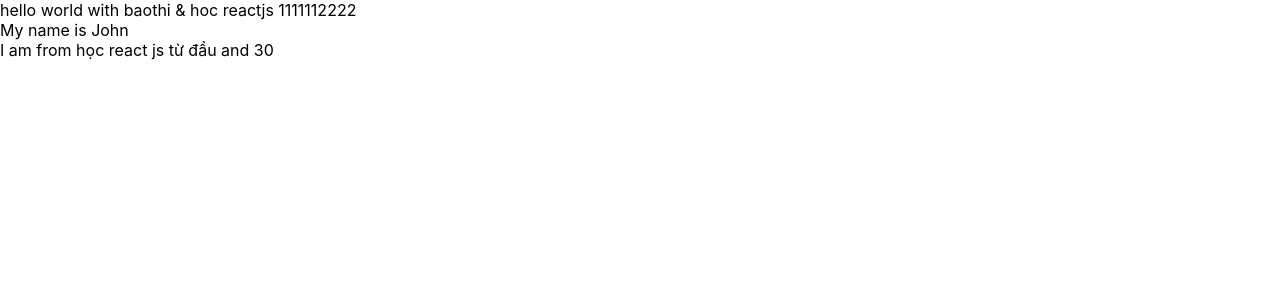
Repository: baothi/base-reactjs
Page: /
An editor plug-in stored every save of this project. The page is shown before and after the next save, followed by the edit.
The browser window is 1280 px wide. The pictures show the whole page.
The project was rebuilt for these pictures with package versions that can differ from the ones it lists, and the page was loaded fresh each time. Also part of the build but not shown: src/App.css.

Above is the page before, as saved 2022-10-08 13:45:31.

### src/App.js
import logo from './logo.svg';
import './App.css';
import { useDispatch, useSelector } from 'react-redux';
import { increaseCounter, decreaseCounter } from './redux/action/counterAction';
import MyComponent from './components/MyComponent';
import React from 'react';

class App extends React.Component {
  render() {
    return (
      <div>
      hello world with baothi &amp; hoc reactjs 1111112222
      <MyComponent />
    </div>
    )
  }
}

// function App() {
//   const count = useSelector(state => state.counter.count);
//   const dispatch = useDispatch();
//   return (
//     <div className="App">
//       <header className="App-header">
//         <img src={logo} className="App-logo" alt="logo" />
//         <p>
//           Edit <code>src/App.js</code> and save to reload.
//         </p>
//         <a
//           className="App-link"
//           href="https://reactjs.org"
//           target="_blank"
//           rel="noopener noreferrer"
//         >
//           Learn React
//         </a>
//         <div>Count = {count}</div>
//         <button onClick={() => dispatch(increaseCounter())}>Increase</button>
//         <button onClick={() => dispatch(decreaseCounter())}>Decrease</button>
//       </header>
//     </div>
//   );
// }
export default App;

### src/components/MyComponent.js
import React from "react";

class MyComponent extends React.Component {
    state = {
        name: "John",
        age: 30,
        address: 'học react js từ đầu'
    }


    // JSX
    render() {
        return(
            <div>
                My name is {this.state.name} <br /> I am from {this.state.address} and {this.state.age}
            </div>
        );
    }
}

export default MyComponent;

Loaded but not shown: public/index.html (common file); src/index.js (common file); src/index.css (common file); src/reportWebVitals.js (common file); src/redux/action/counterAction.js (common file)

After the next save:
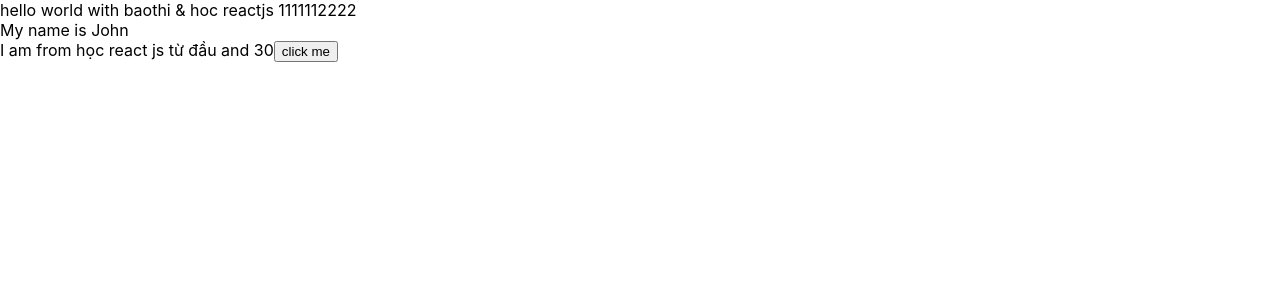
Saved 62 min 50 s later.
--- a/src/components/MyComponent.js
+++ b/src/components/MyComponent.js
@@ -13,6 +13,7 @@
         return(
             <div>
                 My name is {this.state.name} <br /> I am from {this.state.address} and {this.state.age}
+                <button>click me</button>
             </div>
         );
     }
